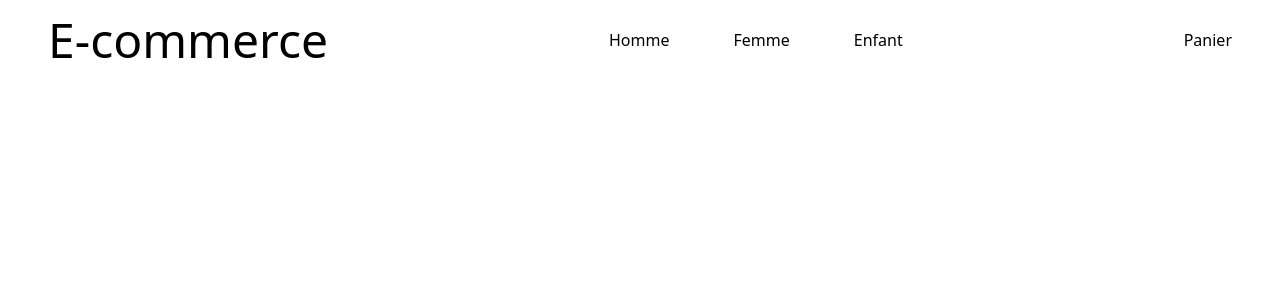
Repository: Adrien-legeleu/e-commerce
Page: / (app in frontend/)
The author's editor kept a copy of each file at every save. The page is drawn from the files as they stood at one save, then again after the next save.
The browser window is 1280 px wide. The pictures show the whole page.
The project was rebuilt for these pictures with package versions that can differ from the ones it lists, and the page was loaded fresh each time. Also part of the build but not shown: frontend/vite.config.ts.

Above is the page before, as saved 2024-05-17 17:42:05.

### frontend/index.html
<!doctype html>
<html lang="en">
  <head>
    <meta charset="UTF-8" />
    <link rel="icon" type="image/svg+xml" href="/vite.svg" />
    <meta name="viewport" content="width=device-width, initial-scale=1.0" />
    <title>E-commerce</title>
  </head>
  <body>
    <div id="root"></div>
    <script type="module" src="/src/main.tsx"></script>
  </body>
</html>

### frontend/src/App.tsx
import { Header } from "./components";

const App = () => {
  return (
    <div>
      <Header />
    </div>
  );
};

export default App;

### frontend/src/components/Header.tsx
export const Header = () => {
  return (
    <div className="px-12 py-4 w-full  flex  justify-between items-center">
      <div className="">
        <h1 className="text-5xl">E-commerce</h1>
      </div>
      <ul className="flex items-center  gap-16">
        <li>Homme</li>
        <li>Femme</li>
        <li>Enfant</li>
      </ul>
      <div>
        <button>Panier</button>
      </div>
    </div>
  );
};

Loaded but not shown: frontend/src/main.tsx (common file); frontend/src/index.css (common file); frontend/src/components/index.ts (common file); frontend/tailwind.config.js (common file)

After the next save:
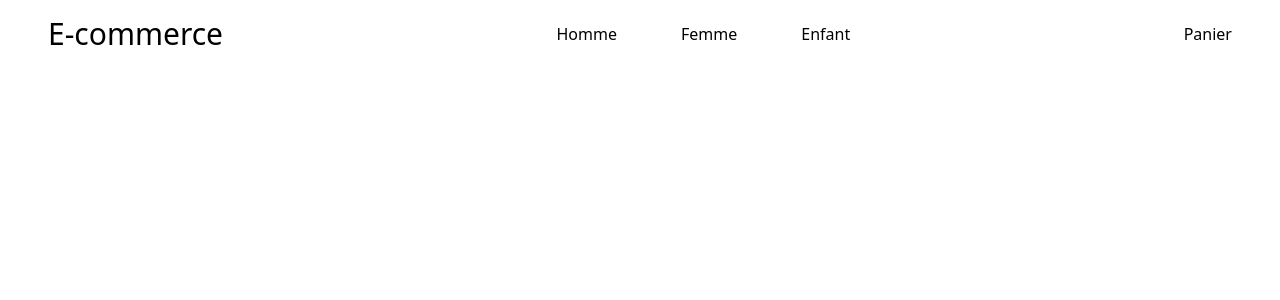
Saved 4 s later.
--- a/frontend/src/components/Header.tsx
+++ b/frontend/src/components/Header.tsx
@@ -2,7 +2,7 @@ export const Header = () => {
   return (
     <div className="px-12 py-4 w-full  flex  justify-between items-center">
       <div className="">
-        <h1 className="text-5xl">E-commerce</h1>
+        <h1 className="text-3xl">E-commerce</h1>
       </div>
       <ul className="flex items-center  gap-16">
         <li>Homme</li>
